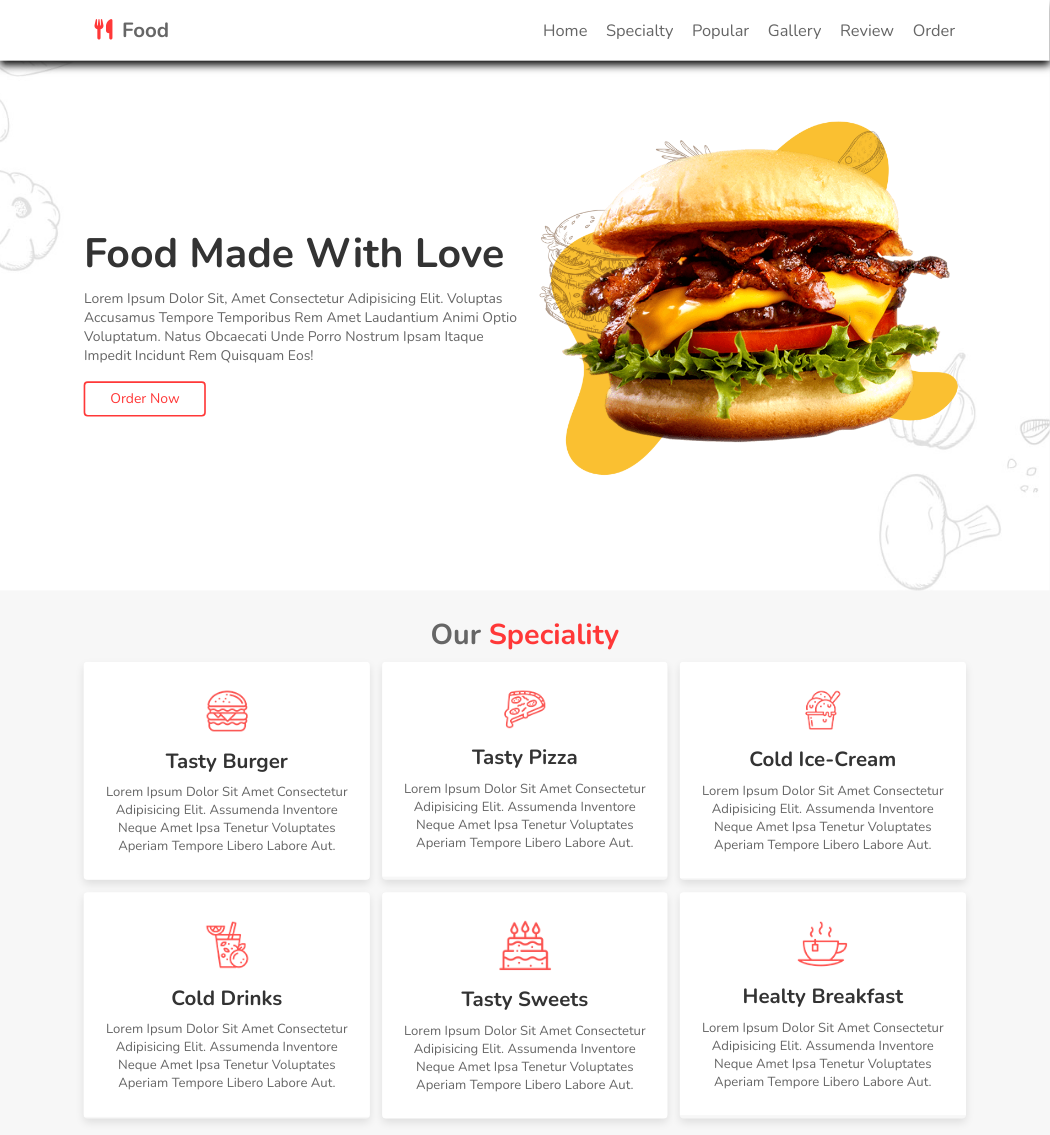
Repository: wenxi0504/ResturantApp-static-
Page: index.html
These files come from the project's save history. The page is drawn as it stood at one moment and after the next save; the edit follows.
The browser window is 1280 px wide. The pictures show the whole page, at 82% of full size.

Above is the page before, as saved 2022-01-09 23:41:54.
Console error: TypeError: Cannot read properties of null (reading 'classList')

### index.html
<!DOCTYPE html>
<html lang="en">
  <head>
    <meta charset="UTF-8" />
    <meta http-equiv="X-UA-Compatible" content="IE=edge" />
    <meta name="viewport" content="width=device-width, initial-scale=1.0" />
    <title>Maple Yip Seafood Restaurant</title>
    <!-- font awesome cnd link-->
    <link
      rel="stylesheet"
      href="https://cdnjs.cloudflare.com/ajax/libs/font-awesome/6.0.0-beta3/css/all.min.css"
    />
    <!--custom css link-->
    <link rel="stylesheet" href="./style.css" />
  </head>
  <body>
    <!--header section-->
    <header>
      <!-- current page-->
      <a href="#" class="logo"><i class="fas fa-utensils"></i> food </a>
      <div id="menu-bar" class="fas fa-bars"></div>
      <nav class="navbar">
        <a href="#home">Home</a>
        <a href="#speciality">Specialty</a>
        <a href="#popular">Popular</a>
        <a href="#gallery">gallery</a>
        <a href="#revire">Review</a>
        <a href="#order">Order</a>
      </nav>
    </header>
    <!-- header section ends-->
    <!--home section-->
    <section class="home" id="home">
      <div class="content">
        <h3>food made with love</h3>
        <p>
          Lorem ipsum dolor sit, amet consectetur adipisicing elit. Voluptas
          accusamus tempore temporibus rem amet laudantium animi optio
          voluptatum. Natus obcaecati unde porro nostrum ipsam itaque impedit
          incidunt rem quisquam eos!
        </p>
        <a href="#" class="btn">order now</a>
      </div>
      <div class="image">
        <img src="images/home-img.png" alt="home-img" />
      </div>
    </section>
    <!--home section ends-->

<!--Specialty section -->
<section class="speciality" id="speciality">
    <h1 class="heading">Our <span>Speciality</span></h1>
    <div class="box-container">
        <div class="box">
            <img class="image" src="images/s-img-1.jpg" alt="s-image">
            <div class="content">
                <img src="images/s-1.png" alt="s-1">
                <h3>tasty burger</h3>
                <p>Lorem ipsum dolor sit amet consectetur adipisicing elit. Assumenda inventore neque amet ipsa tenetur voluptates aperiam tempore libero labore aut.</p>
            </div>
        </div>
        <div class="box">
            <img class="image" src="images/s-img-2.jpg" alt="">
            <div class="content">
                <img src="images/s-2.png" alt="">
                <h3>tasty pizza</h3>
                <p>Lorem ipsum dolor sit amet consectetur adipisicing elit. Assumenda inventore neque amet ipsa tenetur voluptates aperiam tempore libero labore aut.</p>
            </div>
        </div>
        <div class="box">
            <img class="image" src="images/s-img-3.jpg" alt="">
            <div class="content">
                <img src="images/s-3.png" alt="">
                <h3>cold ice-cream</h3>
                <p>Lorem ipsum dolor sit amet consectetur adipisicing elit. Assumenda inventore neque amet ipsa tenetur voluptates aperiam tempore libero labore aut.</p>
            </div>
        </div>
        <div class="box">
            <img class="image" src="images/s-img-4.jpg" alt="">
            <div class="content">
                <img src="images/s-4.png" alt="">
                <h3>cold drinks</h3>
                <p>Lorem ipsum dolor sit amet consectetur adipisicing elit. Assumenda inventore neque amet ipsa tenetur voluptates aperiam tempore libero labore aut.</p>
            </div>
        </div>
        <div class="box">
            <img class="image" src="images/s-img-5.jpg" alt="">
            <div class="content">
                <img src="images/s-5.png" alt="">
                <h3>tasty sweets</h3>
                <p>Lorem ipsum dolor sit amet consectetur adipisicing elit. Assumenda inventore neque amet ipsa tenetur voluptates aperiam tempore libero labore aut.</p>
            </div>
        </div>
        <div class="box">
            <img class="image" src="images/s-img-6.jpg" alt="">
            <div class="content">
                <img src="images/s-6.png" alt="">
                <h3>healty breakfast</h3>
                <p>Lorem ipsum dolor sit amet consectetur adipisicing elit. Assumenda inventore neque amet ipsa tenetur voluptates aperiam tempore libero labore aut.</p>
            </div>
        </div>
    </div>
</section>
<!--Specialty section ends-->
    <!--custom js file link-->
    <script src="script.js"></script>
  </body>
</html>

### style.css
@import url('https://fonts.googleapis.com/css2?family=Nunito:wght@200;300;400;600;700&display=swap');

:root{
--red:#ff3838;
}
 /* match everything */
*{
    font-family: 'Nunito', sans-serif;
    margin:0;
    padding:0;
    box-sizing:border-box;
    outline:none;
    border:none;
    text-decoration: none;
    /* text 大小写 */
    text-transform: capitalize;
    transition: all .2s linear;
}

/* the part that the user choose to highlight */
*::selection{
    background:var(--red);
    color:#fff;
  }

html{
    font-size: 62.5%;
    overflow-x: hidden;
    scroll-behavior: smooth;
    scroll-padding-top:6rem;
}

body{
    background: #f7f7f7;
}

header{
    position:fixed;
    top:0;
    left:0;
    right: 0;
    z-index:1000;
    display: flex;
    align-items: center;
    justify-content: space-between;
    background:#fff;
    padding:2rem 9%;
    box-shadow: 0 .5rem 1rem rgba(0,0,0,1);

}

header .logo{
    font-size:2.5rem;
    font-weight: bolder;
    color:#666;
}

header .logo i{
    padding-right: .5rem;
    color:var(--red);
}

header .navbar a{
    font-size: 2rem;
    margin-left: 2rem;
    color:#666;
  }

header .navbar a:hover{

    color:var(--red);
}

#menu-bar{

    font-size:3rem;
    cursor:pointer;
    color:#666;
    border:.1rem solid #666;
    border-radius: .3rem;
    padding:.5rem 1.5rem;
    display: none;
}
/* section part  */
section{
  padding: 2rem 8%;
}

.home{
  display:flex;
  flex-wrap: wrap;
  gap:1.5rem;
  min-height:100vh;
  align-items:center;
  background:url(./images/home-bg.jpg) no-repeat;
  background-size:cover;
  background-position: center;
}

.home .content{
  flex: 1 1 40rem;
  padding-top: 6.5rem;
}

.home .image{
  flex: 1 1 40rem;
}

/* image floating upside-down */
.home .image img{
  width:100%;
  padding:1rem;
  animation:float 3s linear infinite;
}

@keyframes float{
  0%, 100%{
    transform:translateY(0rem);
  }
  50%{
    transform:translateY(3rem);
  }
}

.home .content h3{
font-size: 5rem;
color:#333;
}

.home .content p{
  font-size: 1.7rem;
  color:#666;
  padding:1rem 0;
}

/* order button */
.btn{
  display: inline-block;
  padding:.8rem 3rem;
  border:.2rem solid var(--red);
  color:var(--red);
  cursor: pointer;
  font-size:1.7rem;
  border-radius:.5rem;
  position: relative;
  overflow: hidden;
  z-index: 0;
  margin-top: 1rem;
}

.btn::before{
  content: '';
  position: absolute;
  top:0; right: 0;
  width:0%;
  height:100%;
  background:var(--red);
  transition: .3s linear;
  z-index: -1;
}

.btn:hover::before{
  width:100%;
  left:0;
}

.btn:hover{
  color:#fff;
}

/* Speciality */
/* Our Speciality */
.heading{
  text-align:center;
  font-size:3.5rem;
  padding:1rem;
  color:#666
}

.heading span{
  color:var(--red);
}

.speciality .box-container{
  display: flex;
  flex-wrap: wrap;
  gap:1.5rem;
}

.speciality .box-container .box{
  flex:1 1 30rem;
  position: relative;
  overflow: hidden;
  box-shadow: 0 .5rem 1rem rgba(0,0,0,.1);
  cursor: pointer;
  border-radius:.5rem;

}

.speciality .box-container .box .image{
  height: 100%;
  width: 100%;
  object-fit: cover;
  position: absolute;
  top:-100%;
  left:0;
}

.speciality .box-container .box .content{
  text-align: center;
  background:#fff;
  padding:2rem;
}

.speciality .box-container .box .content img{
  margin:1.5rem 0;
}

.speciality .box-container .box .content h3{
  font-size: 2.5rem;
  color:#333;
}

.speciality .box-container .box .content p{
  font-size: 1.6rem;
  color:#666;
  padding:1rem 0;
}

.speciality .box-container .box:hover .image{
  top:0;
}

.speciality .box-container .box:hover .content{
  transform: translateY(100%);
}





/* media queries for different devices */


@media(max-width:991px){

    html{
      font-size: 55%;
    }

    header{
      padding:2rem;
    }

    section{
      padding:2rem;
    }

  }

  @media(max-width:768px){

    #menu-bar{
      display: initial;
    }

    header .navbar{
      position: absolute;
      top:100%; left: 0; right:0;
      background: #f7f7f7;
      border-top: .1rem solid rgba(0,0,0,.1);
      clip-path: polygon(0 0, 100% 0, 100% 0%, 0 0);
    }

    header .navbar.active{
      clip-path: polygon(0 0, 100% 0, 100% 100%, 0% 100%);
    }

    header .navbar a{
      margin: 1.5rem;
      padding:1.5rem;
      display: block;
      border:.2rem solid rgba(0,0,0,.1);
      border-left:.5rem solid var(--red);
      background:#fff;

    }

  }


  @media(max-width:450px){

    html{
      font-size: 50%;
    }

    .order .row form .inputBox input{
      width:100%;}
    }

### script.js
let menu= document.querySelector('#menu-bar');
let navbar=document.querySelector('.navbar');

menu.onclick=()=>{
    // 'fa-time' is "X" icon
    menu.classList.toggle('fa-times');
    navbar.classList.toggle('active');
}

window.onscroll= () =>{
    menu.classList.remove('fa-times');
    navbar.classList.remove('active');

    if(window.scrollY>60)
    {
        document.querySelector('#scroll-top').classList.add('active');
    }
    else
    {   document.querySelector('#scroll-top').classList.remove('active');

    }
}

After the next save:
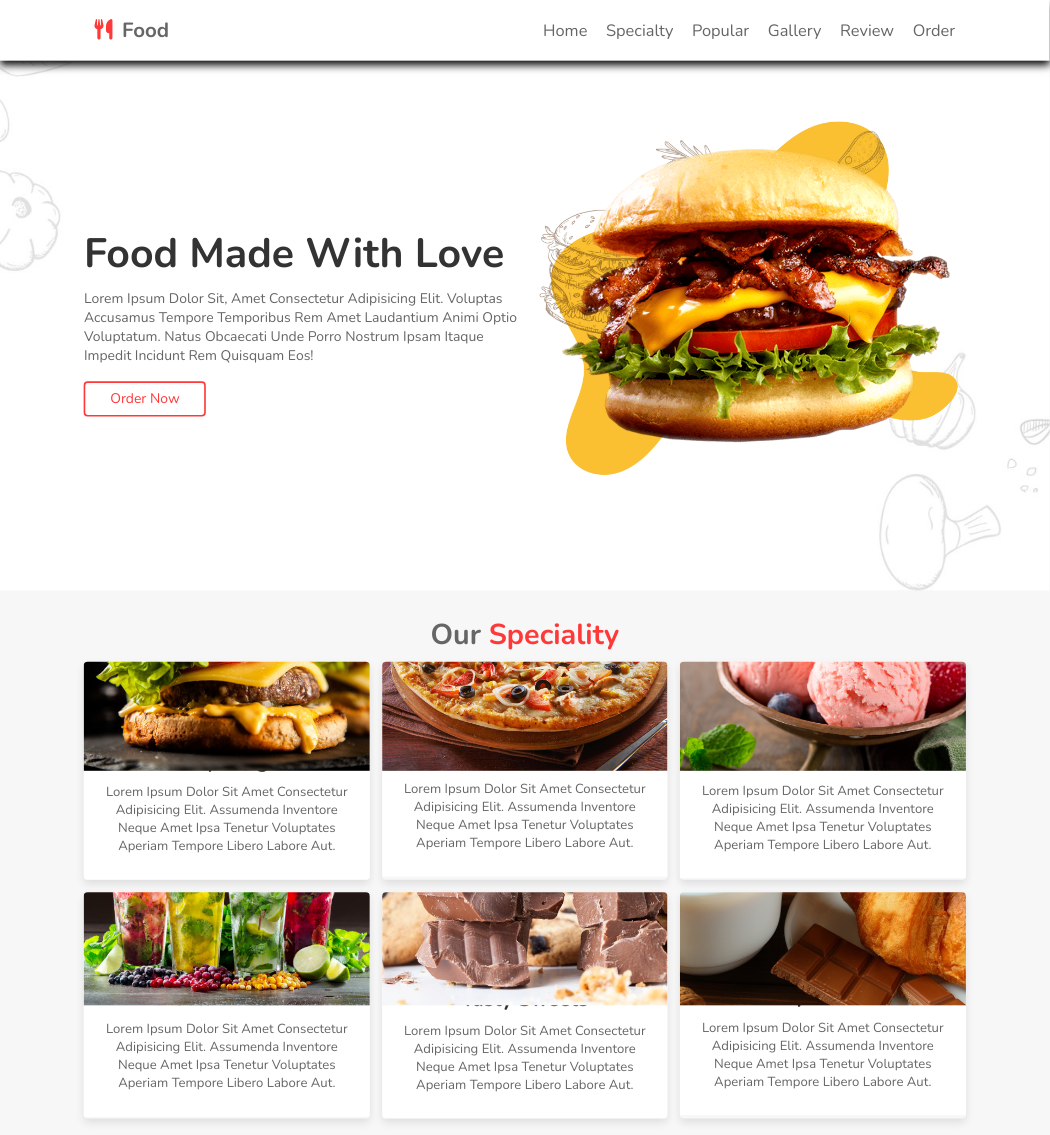
Saved 9 min 48 s later.
--- a/style.css
+++ b/style.css
@@ -202,7 +202,7 @@
   width: 100%;
   object-fit: cover;
   position: absolute;
-  top:-100%;
+  top:-50%;
   left:0;
 }
 

After the save that followed:
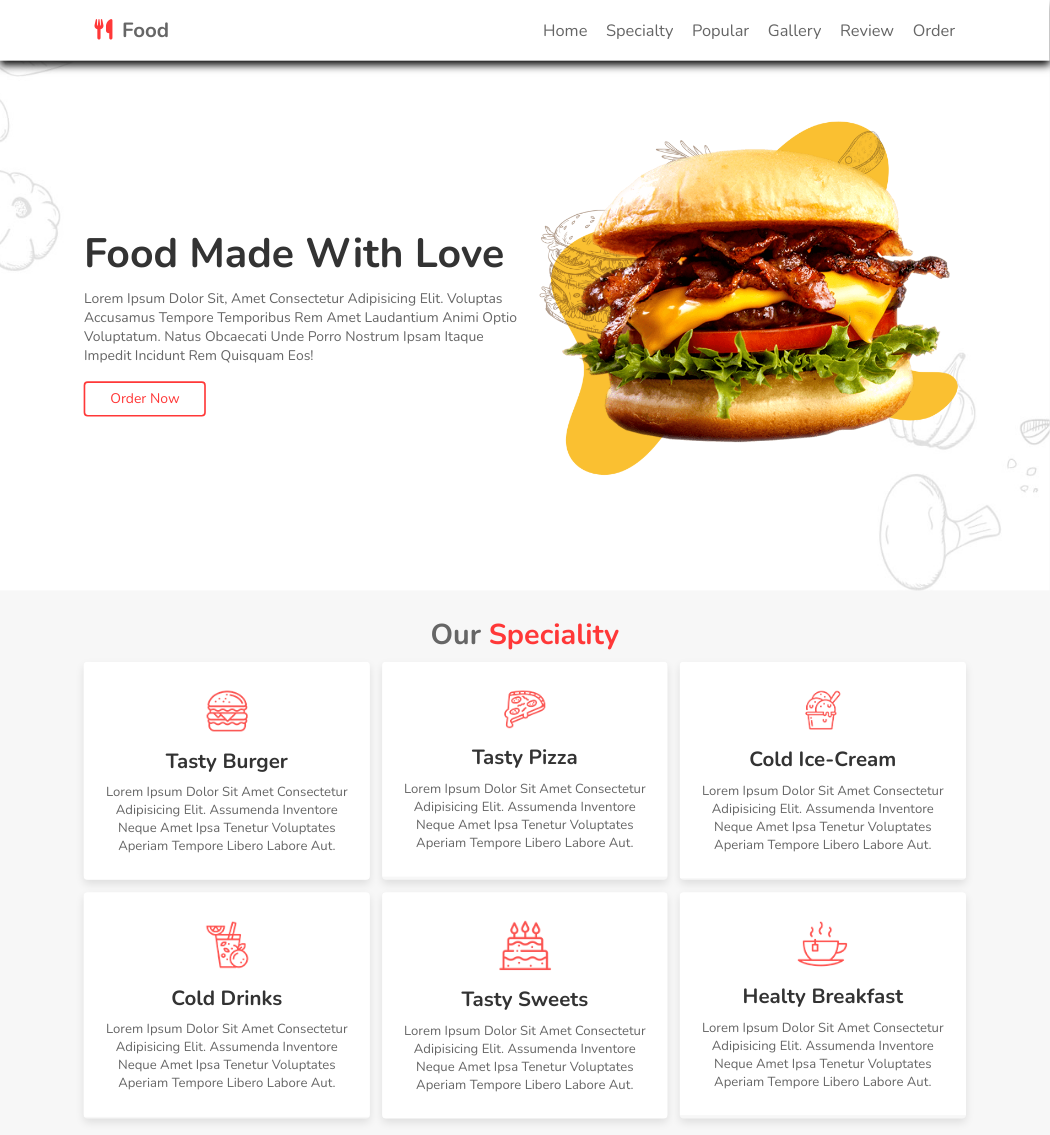
Saved 18 s later.
--- a/style.css
+++ b/style.css
@@ -202,7 +202,7 @@
   width: 100%;
   object-fit: cover;
   position: absolute;
-  top:-50%;
+  top:-100%;
   left:0;
 }
 
